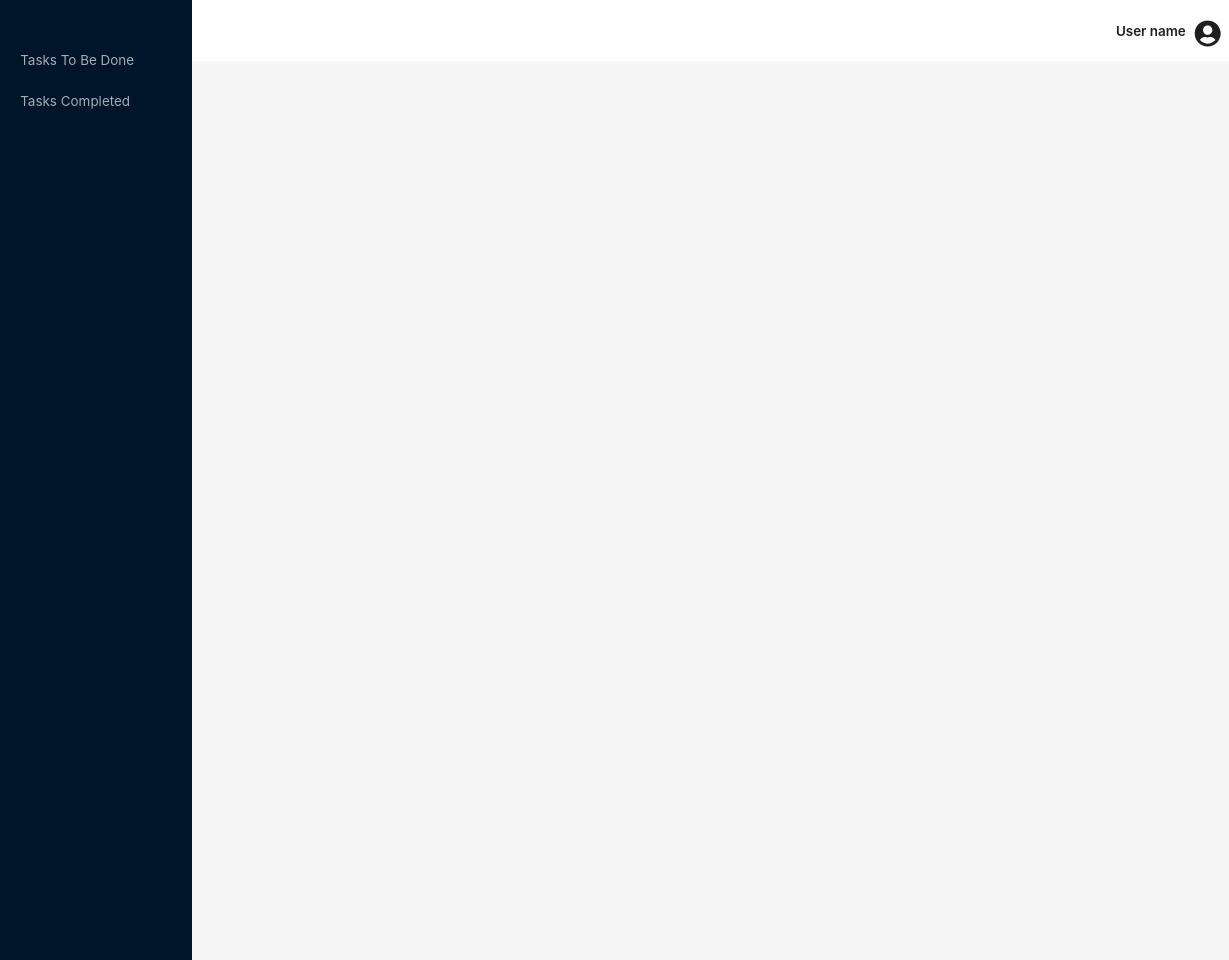
Repository: runner855/todolist_new
Page: /
The author's editor kept a copy of each file at every save. The page is drawn from the files as they stood at one save, then again after the next save.
The browser window is 1280 px wide. The pictures show the whole page, at 96% of full size.
Pictures or frames that could not be fetched are drawn as grey boxes. The project was rebuilt for these pictures with package versions that can differ from the ones it lists, and the page was loaded fresh each time.

Above is the page before, as saved 2023-03-19 22:13:41.

### src/index.tsx
import React from "react";
import ReactDOM from "react-dom/client";
import "./index.css";
import { App } from "./App";
import { BrowserRouter } from "react-router-dom";

const root = ReactDOM.createRoot(
  document.getElementById("root") as HTMLElement
);
root.render(
  <React.StrictMode>
    <BrowserRouter>
    <App />
    </BrowserRouter>
  </React.StrictMode>
);

### src/App.tsx
import React from 'react';
import './App.css';
import { NavBar } from './components/NavBar/NavBar';

export const App = () =>{
  return (
    <div className="App">
      <NavBar/>

    </div>
  );
}

### src/components/NavBar/NavBar.tsx
import React from 'react';

import { Layout, Menu, theme } from 'antd';
import { FaUserCircle } from 'react-icons/fa';
import { PagesArray } from '../../Utilities/Utility'
import "../NavBar/NavBar.css";
import { NavLink } from 'react-router-dom';

const { Header, Content, Footer, Sider } = Layout;

export const NavBar = () => {

  const {
    token: { colorBgContainer },
  } = theme.useToken();

  return (
      <Layout>
      <Sider
        breakpoint="lg"
        collapsedWidth="0"
        style={{height:1000}}
        onBreakpoint={(broken) => {
          console.log(broken);
        }}
        onCollapse={(collapsed, type) => {
          console.log(collapsed, type);
        }}
      >
        <div className="logo" />
        {/* <Menu
          theme="dark"
          mode="inline"
          items={PagesArray && PagesArray.map(
            (item, index) => ({
              key: index,

              label:  item.label ? <NavLink   to={item.to}>{item.label}</NavLink> :
              <img  className="logo"src={item.image} alt="logo"/>
            })
          )}


        /> */}
      <Menu theme="dark" mode="inline">{PagesArray && PagesArray.map((item, index) => {
        return (
        <ul className='links_container'>
          <li className='item_link'>{item.label}</li>
        </ul>



        )
      })}</Menu>
      </Sider>
      <Layout>
        <Header style={{ padding: 0, background: colorBgContainer }}>
        <div className='avatar_container'>
          <ul className='user'>
            <li className='user_text'>User name</li>
            <li className='user_icon'><FaUserCircle/></li>

          </ul>
          </div>

        </Header>
      </Layout>
    </Layout>
   );
}

### src/Utilities/Utility.tsx
import { TASKS_TO_BE_DONE, TASKS_COMPLETED } from '../Constants/Dictionary';
import { AppUrls } from '../Types/appTypes';
import { LOGO } from '../Constants/Dictionary';
export const PagesArray = [
  {image:LOGO},
  {label: TASKS_TO_BE_DONE, to: AppUrls.TASKS_TO_BE_DONE},
  {label: TASKS_COMPLETED, to: AppUrls.TASKS_COMPLETED},

]

### src/components/NavBar/NavBar.css
#components-layout-demo-responsive .logo {
  height: 32px;
  margin: 16px;
  background: rgba(255, 255, 255, 0.2);
}

li {
  list-style-type: none;
}

.user {
  display: flex;
  flex-direction: row;
  justify-content: right;
}

.user_icon {
  font-size: 2em;
  margin-right: 0.1em;
  margin: 0em 0.3em 0em 0.3em;
  line-height: 1.8;
}

.user_text {
  line-height: 2.7;
  font-weight: 600;
}

img {
  height: 3em;
}

.links_container {
  display: flex;
  flex: column;
}

.item_link {
  margin: 1.5em;
}

### src/Constants/Dictionary.ts
export const TASKS_TO_BE_DONE = "Tasks To Be Done";
export const TASKS_COMPLETED = "Tasks Completed"
export const LOGO = "https://pbs.twimg.com/profile_images/964093705748729856/nzx2mHKW_400x400.jpg";

### src/Types/appTypes.tsx

export enum AppUrls {
  TASKS_TO_BE_DONE = `/tasks_to_be_done`,
  TASKS_COMPLETED = "/tasks_copleted",

}

export enum LanguageEnum {
  EN = "en",
}

Loaded but not shown: public/index.html (common file); src/index.css (common file); src/App.css (common file)

After the next save:
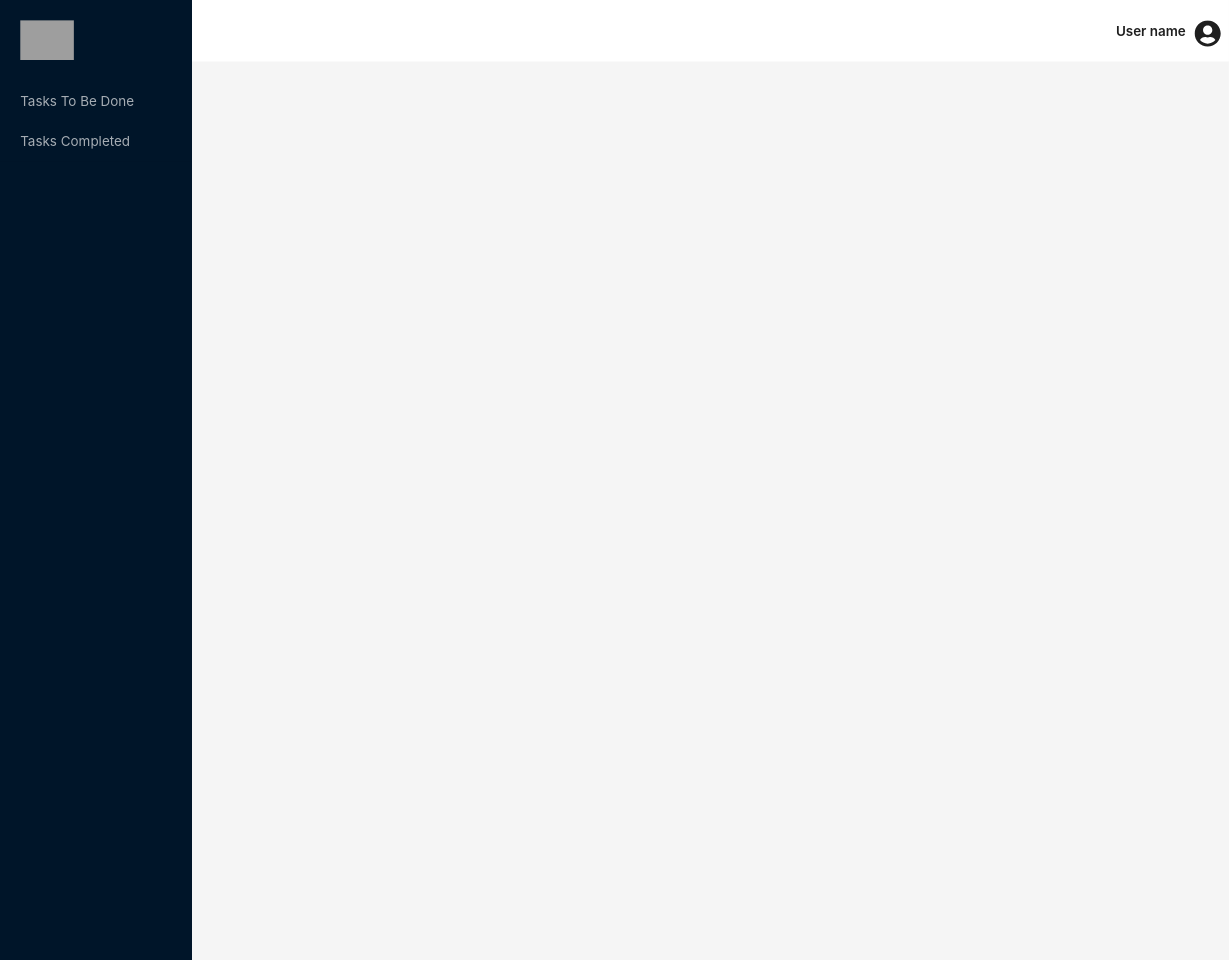
Saved 59 s later.
--- a/src/components/NavBar/NavBar.tsx
+++ b/src/components/NavBar/NavBar.tsx
@@ -45,7 +45,7 @@ export const NavBar = () => {
       <Menu theme="dark" mode="inline">{PagesArray && PagesArray.map((item, index) => {
         return (
         <ul className='links_container'>
-          <li className='item_link'>{item.label}</li>
+          <li className='item_link'>{item.label ? item.label : <img src={item.image} alt="logo"/>}</li>
         </ul>
 
 
